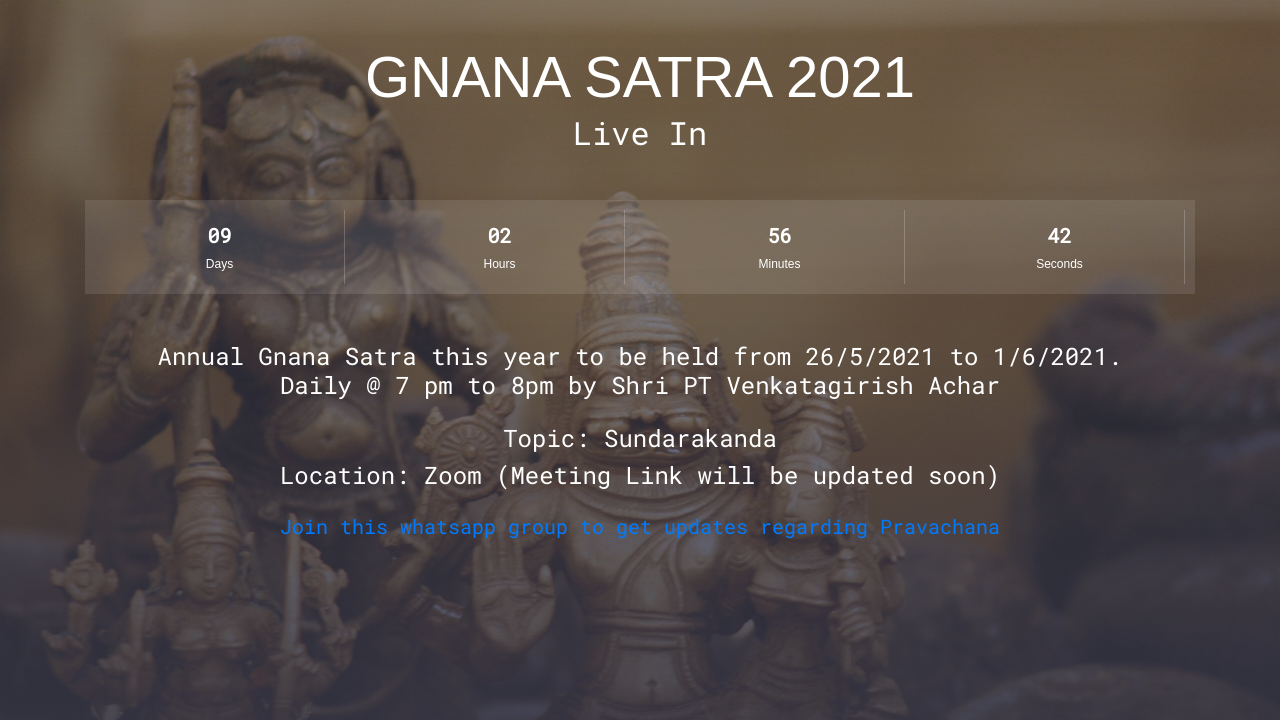
Repository: anirudhbichal/gs
Page: /
An editor plug-in stored every save of this project. The page is shown before and after the next save, followed by the edit.
The browser window is 1280 px wide. The pictures show the whole page.
Some web fonts or font styles are not loaded; a fallback is used. The project was rebuilt for these pictures with package versions that can differ from the ones it lists, and the page was loaded fresh each time.

Above is the page before, as saved 2021-05-17 19:11:12.

### public/index.html
<!DOCTYPE html>
<html lang="en">
  <head>
    <meta charset="utf-8" />
    <meta name="viewport" content="width=device-width, initial-scale=1" />
    <meta name="theme-color" content="#000000" />
    <meta
      name="description"
      content="Gnana Satra website"
    />
    <link rel="apple-touch-icon" href="%PUBLIC_URL%/logo192.png" />
    <!--
      manifest.json provides metadata used when your web app is installed on a
      user's mobile device or desktop. See https://developers.google.com/web/fundamentals/web-app-manifest/
    -->
    <link rel="manifest" href="%PUBLIC_URL%/manifest.json" />
    <!--
      Notice the use of %PUBLIC_URL% in the tags above.
      It will be replaced with the URL of the `public` folder during the build.
      Only files inside the `public` folder can be referenced from the HTML.

      Unlike "/favicon.ico" or "favicon.ico", "%PUBLIC_URL%/favicon.ico" will
      work correctly both with client-side routing and a non-root public URL.
      Learn how to configure a non-root public URL by running `npm run build`.
    -->
    <title>Gnana Satra</title>
  </head>
  <body>
    <noscript>You need to enable JavaScript to run this app.</noscript>
    <div id="root"></div>
    <!--
      This HTML file is a template.
      If you open it directly in the browser, you will see an empty page.

      You can add webfonts, meta tags, or analytics to this file.
      The build step will place the bundled scripts into the <body> tag.

      To begin the development, run `npm start` or `yarn start`.
      To create a production bundle, use `npm run build` or `yarn build`.
    -->
  </body>
</html>

### src/App.js
import 'bootstrap/dist/css/bootstrap.min.css';
import './App.css';
import Container from 'react-bootstrap/Container';
import Timer from "./components/countdown/Timer";

function App() {
  return (
    <div className="App">
      <Container className="my-5">
        <h1>
          Gnana Satra 2021
        </h1>
        <h2 className="mb-5">Live In</h2>
        <Timer />
        <h4 className="mt-5">
          Annual Gnana Satra this year to be held from 26/5/2021 to 1/6/2021.
          <br />
          Daily @ 7 pm to 8pm by Shri PT Venkatagirish Achar
        </h4>
        <h4 className="mt-4">
          Topic: Sundarakanda
        </h4>
        <h4>
          Location: Zoom (Meeting Link will be updated soon)
        </h4>

        <h5 className="mt-4 group-link">
          <a href="https://chat.whatsapp.com/Bpkp3Sle3405H2w5DgFScy" target="_blank">Join this whatsapp group to get updates regarding Pravachana </a>
        </h5>
      </Container>
    </div>
  );
}

export default App;

### src/App.css
@import url("https://fonts.googleapis.com/css?family=Roboto+Mono&display=swap");
@import url('https://fonts.cdnfonts.com/css/samarkan');

body {
  color: #fff;
  font-family: "Roboto Mono", sans-serif;
  background-image: url('gs-bg.jpg');
  background-repeat: no-repeat;
  background-size: cover;
  background-position: top top;
  background-attachment: fixed;
  margin: 0;
}

.App {
  position: fixed;
  top: 0;
  left: 0;
  right: 0;
  bottom: 0;
  text-align: center;
  background: rgb(55, 55, 70);
  background: linear-gradient(
    0deg,
    rgba(55, 55, 70, 0.9) 0%,
    rgba(55, 55, 70, 0.7) 50%,
    rgba(55, 55, 70, 0.6) 100%
  );
}

h1 {
  font-family: 'Samarkan', sans-serif;
  font-size: 58px;
  text-transform: uppercase;
  line-height: 1;
}

### src/components/countdown/Timer.js
import React, { Component } from "react";
// import moment from 'moment';
import Container from 'react-bootstrap/Container';
import Row from 'react-bootstrap/Row';
import Col from 'react-bootstrap/Col';
import "./Timer.css";

class CountDown extends Component {
  constructor(props) {
    super(props);
    this.count = this.count.bind(this);
    this.state = {
      days: 0,
      minutes: 0,
      hours: 0,
      secounds: 0,
      time_up: ""
    };
    this.x = null;
    this.deadline = null;
  }
  count() {
    var now = new Date().getTime();
    var t = this.deadline - now;
    var dd = Math.floor(t / (1000 * 60 * 60 * 24));
    var hh = Math.floor((t % (1000 * 60 * 60 * 24)) / (1000 * 60 * 60));
    var mm = Math.floor((t % (1000 * 60 * 60)) / (1000 * 60));
    var ss = Math.floor((t % (1000 * 60)) / 1000);

    var days = dd < 10 ? "0" + dd : dd;
    var hours = hh < 10 ? "0" + hh : hh;
    var minutes = mm < 10 ? "0" + mm : mm;
    var seconds = ss < 10 ? "0" + ss : ss;

    this.setState({ days, minutes, hours, seconds });

    if (t < 0) {
      clearInterval(this.x);
      this.setState({
        days: 0,
        minutes: 0,
        hours: 0,
        seconds: 0,
        time_up: "TIME IS UP"
      });
    }
  }
  componentDidMount() {
    this.deadline = new Date("May 26, 2021 19:00:00").getTime();

    this.x = setInterval(this.count, 1000);
  }

  render() {
    const { days, seconds, hours, minutes } = this.state;
    return (
      <Container id="countdown">
        <Row>
            <Col>
                <div className="box">
                    <p id="day">{days}</p>
                    <span className="text">Days</span>
                </div>
            </Col>
            <Col>
                <div className="box">
                    <p id="hour">{hours}</p>
                    <span className="text">Hours</span>
                </div>
            </Col>
            <Col>
                <div className="box">
                    <p id="minute">{minutes}</p>
                    <span className="text">Minutes</span>
                </div>
            </Col>
            <Col>
                <div className="box">
                    <p id="second">{seconds}</p>
                    <span className="text">Seconds</span>
                </div>
            </Col>
        </Row>
      </Container>
    );
  }
}

export default CountDown;

### src/components/countdown/Timer.css
#countdown {
    padding: 10px;
    background-color: rgba(255, 255, 255, 0.1);
    display: inline-block;
    text-align: center;
    margin: auto;
  }
  #countdown .box {
    padding: 10px;
    border-right: solid 1px rgba(255, 255, 255, 0.2);
  }
  #countdown .col-4:last-child .box {
    border-right-color: transparent;
  }
  #countdown .box p {
    font-size: 20px;
    font-weight: bold;
    margin: 0;
  }
  #countdown .box .text {
    font-size: 12px;
    font-family: sans-serif;
  }

Loaded but not shown: src/index.js (common file); src/index.css (common file); src/reportWebVitals.js (common file)

After the next save:
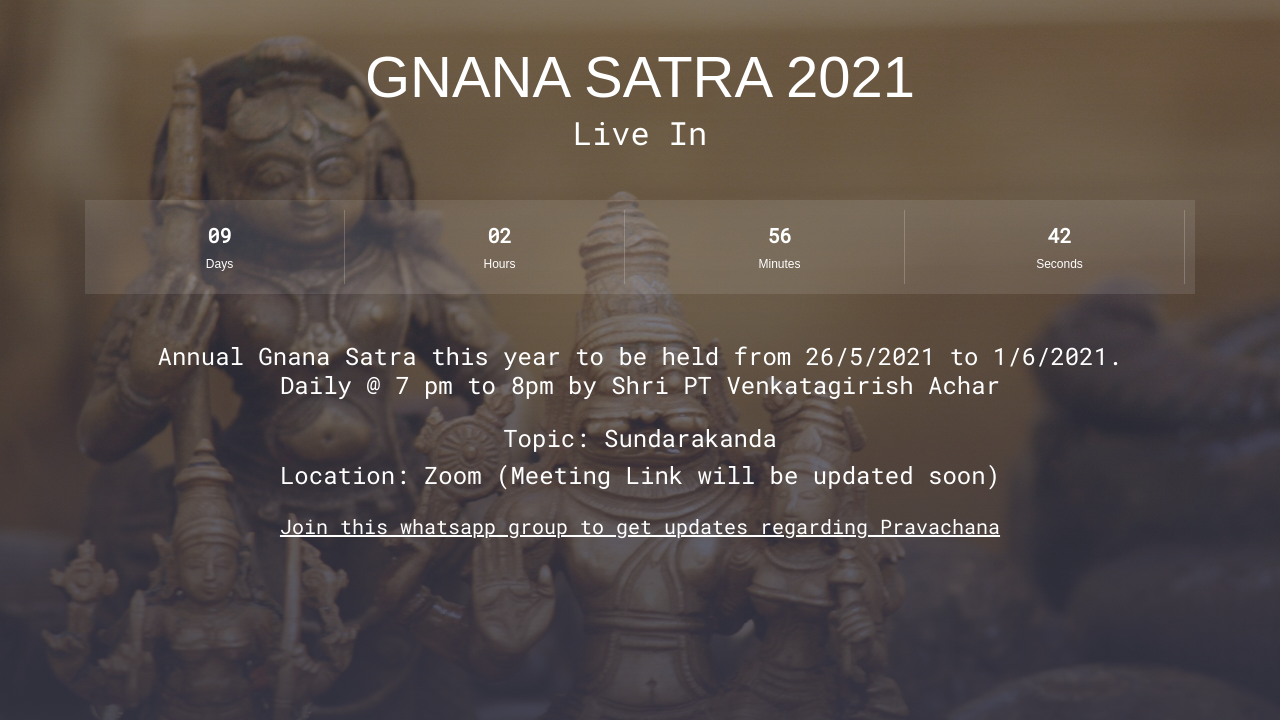
Saved 99 s later.
--- a/src/App.css
+++ b/src/App.css
@@ -34,3 +34,8 @@ h1 {
   text-transform: uppercase;
   line-height: 1;
 }
+
+.group-link a,.group-link a:hover, .group-link a:visited {
+  color: #fff;
+  text-decoration: underline;
+}
